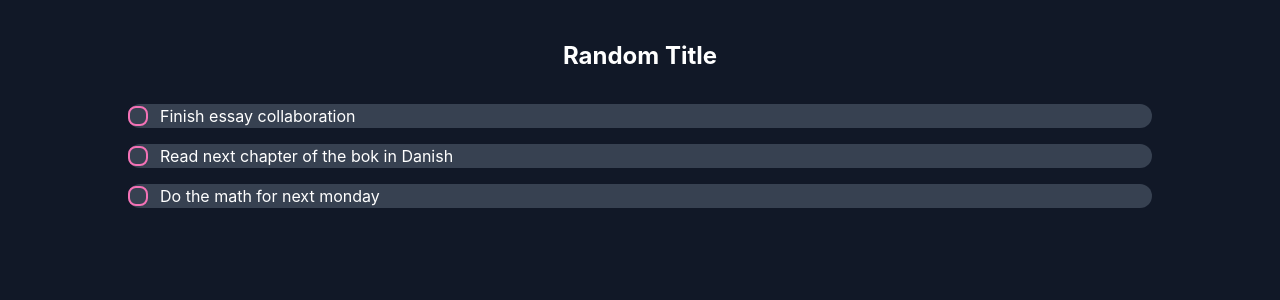
Repository: VachArt/react-exam-work
Page: /about
An editor plug-in stored every save of this project. The page is shown before and after the next save, followed by the edit.
The browser window is 1280 px wide. The pictures show the whole page.
The project was rebuilt for these pictures with package versions that can differ from the ones it lists, and the page was loaded fresh each time.

Above is the page before, as saved 2022-04-27 19:28:41.

### src/index.jsx
import React from 'react'
import ReactDOM from 'react-dom'
import './index.css'
import Home from './components/pages/Home/Home'
import Layout from './components/layout/Layout'


ReactDOM.render(
  <React.StrictMode>
    <Layout>
      <Home />
    </Layout>
  </React.StrictMode>,
  document.getElementById('root')
)

### src/components/pages/Home/Home.jsx
import React from 'react'
import TodoItem from './item/TodoItem'

const todo = [
    {
        _id: "efnejhj",
        title: "Finish essay collaboration",
        isCompleted: false,
    },
    {
        _id: "efnejhrrrr",
        title: "Read next chapter of the bok in Danish",
        isCompleted: false,
    },
    {
        _id: "efnejhj2323",
        title: "Do the math for next monday",
        isCompleted: false,
    }
]

const Home = () => {
    return (
        <div className='text-white w-4/5 mx-auto'>
            <h1 className='text-2xl font-bold text-center mb-8'>Random Title</h1>
            {todo.map(todo => (
                <TodoItem key={todo._id} todo={todo} />
            ))}
        </div>
    )
}

export default Home

### src/components/layout/Layout.jsx
import React from 'react'

const Layout = ({ children }) => {
    return <div className='py-10 bg-gray-900 h-screen'>{children}</div>
}

export default Layout

### src/components/pages/Home/item/TodoItem.jsx
import React from 'react'
import Check from './Check'

const TodoItem = ({todo}) => {
    return (
        <div className='flex items-center mb-4 rounded-xl bg-gray-700'>
            <Check />
            {todo.title}
        </div>
    )
}



export default TodoItem

### src/components/pages/Home/item/Check.jsx
import React from 'react'
import {BsCheck} from 'react-icons/bs'


const Check = ({isComleted}) => {
    return (
        <div className='border-2 rounded-lg border-pink-400 w-5 h-5 mr-3'>
            {isComleted &&
            <BsCheck size={24} className='text-gray-900'/>
            }
        </div>
    )
}

export default Check

Loaded but not shown: public/index.html (common file); src/index.css (common file); tailwind.config.js (common file)

After the next save:
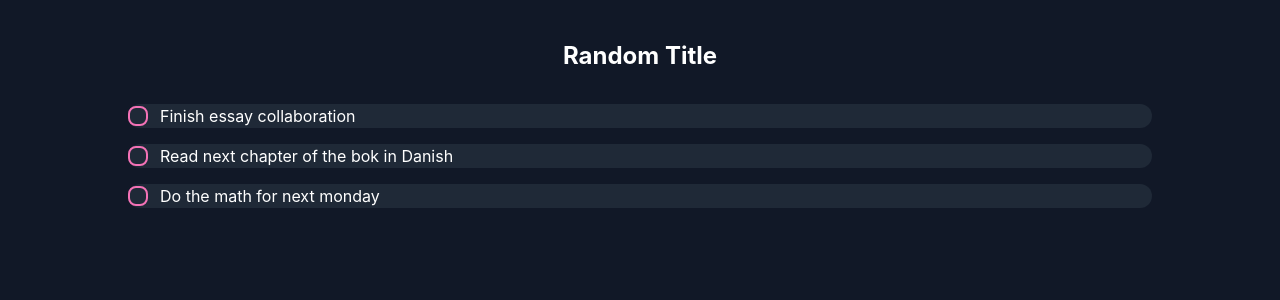
Saved 16 s later.
--- a/src/components/pages/Home/item/TodoItem.jsx
+++ b/src/components/pages/Home/item/TodoItem.jsx
@@ -3,7 +3,7 @@ import Check from './Check'
 
 const TodoItem = ({todo}) => {
     return (
-        <div className='flex items-center mb-4 rounded-xl bg-gray-700'>
+        <div className='flex items-center mb-4 rounded-xl bg-gray-800'>
             <Check />
             {todo.title}
         </div>
